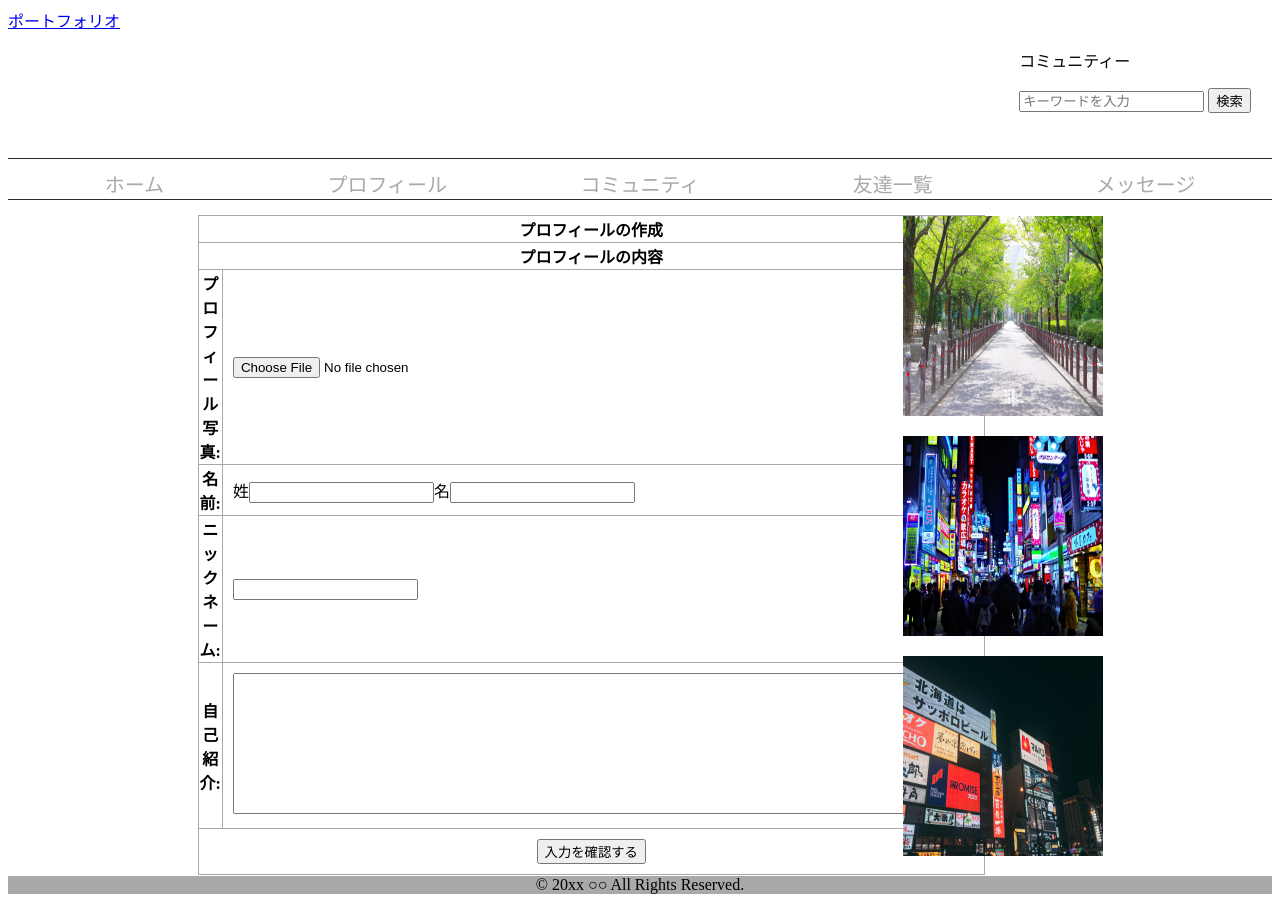
Repository: yuukiabc/samurai_PHP
Page: PFcreate.html
The author's editor kept a record of every edit. The page is drawn from the files as they stood at one moment, then again after the next edit.
The browser window is 1280 px wide. The pictures show the whole page.

Above is the page before.

### PFcreate.html
<!DOCTYPE html>
<html>
    <head><meta charset="UTF-8">
        <title>sns</title>
        <link rel="stylesheet"type="text/css"href="PFcreate.css">
    </head>
    <body>

            <div class="f">
                <a href="HP.html">ポートフォリオ</a>
                <div class="e">
                    <p>コミュニティー</p>
                    <input type="search" name="search" placeholder="キーワードを入力">
                    <input type="submit" name="submit" value="検索">
                </div>
            </div>
            <div class="d">
                <ul>
                    <li><a href="HP.html">ホーム</a></li>
                    <li><a href="PF.html">プロフィール</a></li>
                    <li><a href="CM.html">コミュニティ</a></li>
                    <li><a href="Friends list.html">友達一覧</a></li>
                    <li><a href="message.html">メッセージ</a></li>
                </ul>
            </div>
            <div class="menu"></div>
            <div class="h">
            <div class="c">
                <form>
                <table>
                    <tr>
        <th colspan="2">プロフィールの作成</th>
        </tr>
        <tr>
            <th colspan="2">プロフィールの内容</th>
        </tr>
        <tr>
            <th>プロフィール写真:</th>
            <td><input type="file" name="example1"></input></td>
        </tr>
        <tr>
        <th>名前:</th>
            <td>姓<input type="text"name="name">名<input type="text"name="name"></td>
        </tr>
        <tr>
        <th>ニックネーム:</th>
            <td><input type="text"name="nickname"></td>
        </tr>
        <tr>
        <th>自己紹介:</th>
            <div class="b">
                <td><textarea name="comment"cols="90"rows="9"></textarea></td>
            </div>
        </tr>
        <tr>
        <td colspan="2" class="center"><input type="submit"value="入力を確認する"></td>
        </tr>
        </table>
        </form>
        </div>
        <div class="a">
                <p>
                    <img src="8.jpg"alt="写真">
                </p>
                <p>
                    <img src="9.jpg"alt="写真">
                </p>
                <p>
                    <img src="10.jpg"alt="写真">
                </p>
            </div>
        </div>
        <div class="g">
            <p>&copy; 20xx ○○ All Rights Reserved.</p>
        </div>
    </body>
</html>

### PFcreate.css
.b{
    width:10000px;
}
.f{
    border-bottom: 1px solid #2b2b2b;
    height:150px;
}
.e{
    margin-left:80%;
}
.d{
    align-content: center;
    width: 100%;
    display: block;
    margin-left: auto;
    margin-right: auto;
    overflow: hidden;

}
.d ul{
    list-style-type:none;
    padding:0;
    margin:0;
}
.d ul li{
    float: left;
    text-align:center;
    width:20%;
}
.d ul li a{

    display:block;
    height:20px;
    padding:10px;
    text-decoration: none;
    color:#a9a9a9;
    font-size:20px;
    margin:0;
}
.d ul li a:hover{
    filter:drop-shadow(10px 10px 10px black);
}
.menu{
    border-top: 1px solid #2b2b2b;
}
.h{
    overflow: hidden;

}
.a{
    height:100%;
    width:15%;
    float:left;
    padding-left:10px;
    box-sizing: border-box;
}
.a img{
    height:200px;
    width:200px;
}
.g{
    background-color:#a9a9a9;
    text-align:center;
}
.g p{
    margin:0;
}
.c{
    height:100%;
    width:55%;
    float:left;
    padding-left:15%;
    margin-top:15px;
}
th,td{
    border:1px #000000 solid;
    border-color:#a9a9a9;
}
td{
    padding:10px;

}
table{
    border-collapse:collapse;
}
.center{
    text-align:center;
}

After the next edit:
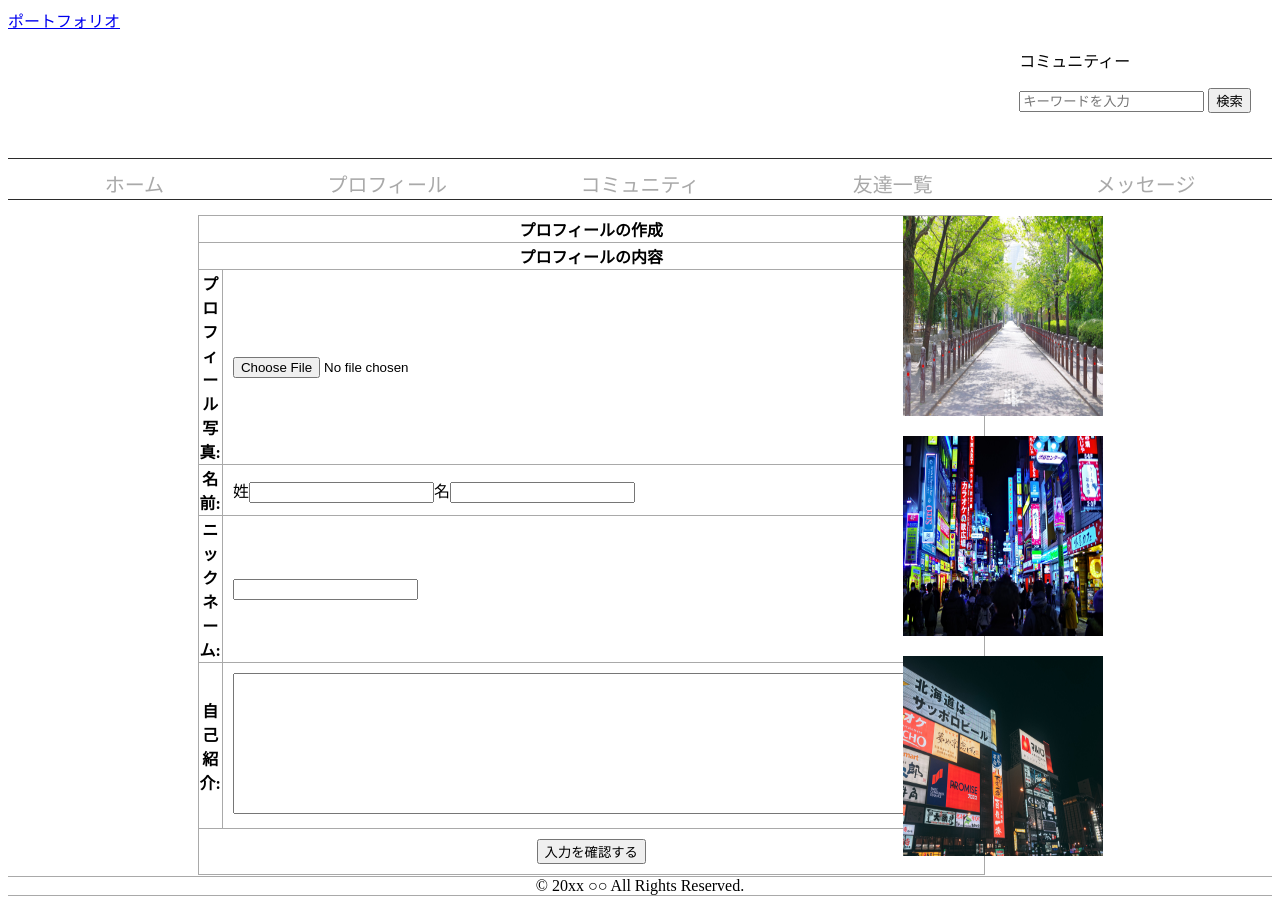
The edit:
--- a/PFcreate.css
+++ b/PFcreate.css
@@ -59,7 +59,8 @@
     width:200px;
 }
 .g{
-    background-color:#a9a9a9;
+    border-top: 1px solid #a9a9a9;
+    border-bottom: 1px solid #a9a9a9;
     text-align:center;
 }
 .g p{
